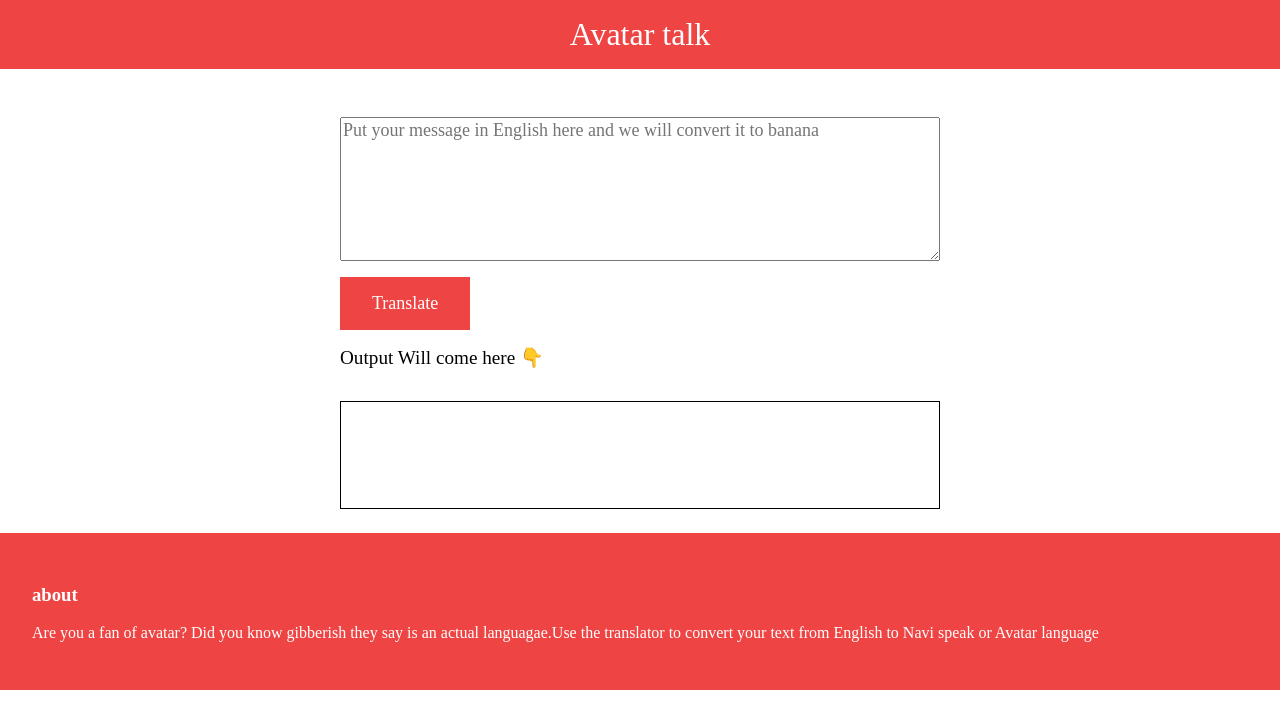
Repository: sohan2503001/Avator-speak
Page: index.html
These files come from the project's save history. The page is drawn as it stood at one moment and after the next save; the edit follows.
The browser window is 1280 px wide. The pictures show the whole page.

Above is the page before, as saved 2021-04-21 12:16:31.

After the next save:
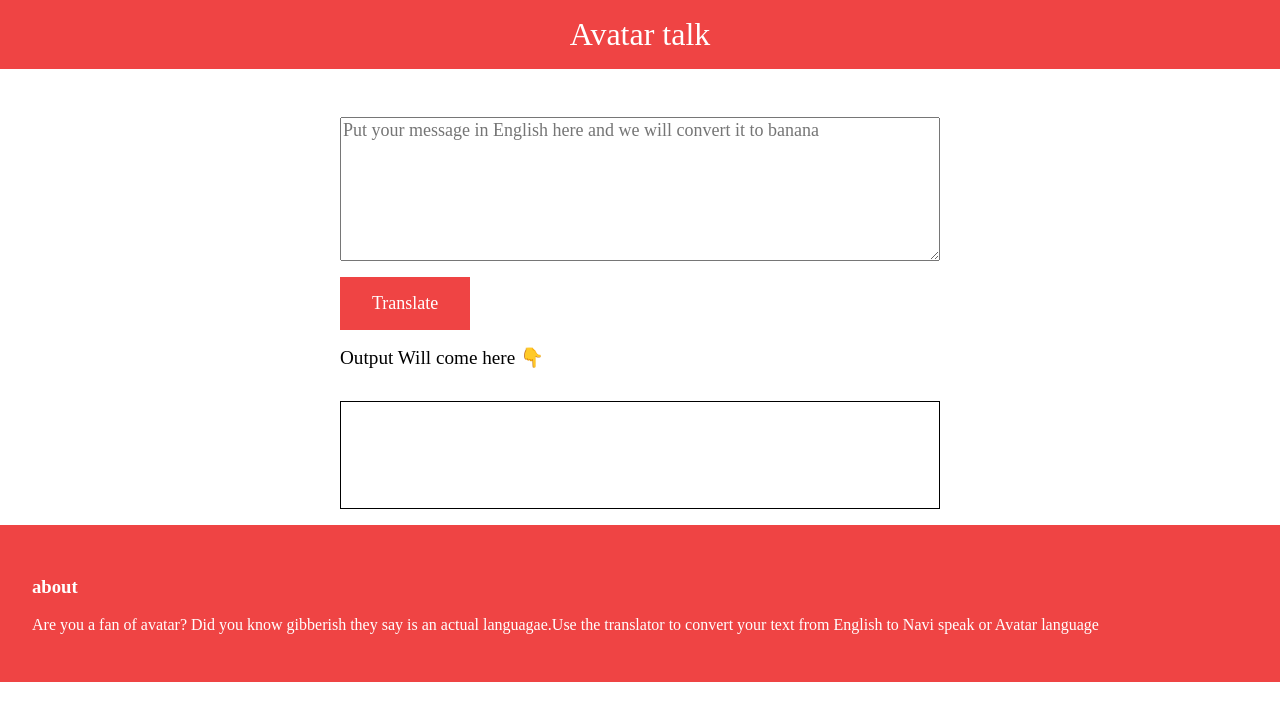
Saved 44 s later.
--- a/style.css
+++ b/style.css
@@ -56,7 +56,7 @@
     width: 100%;
     margin: auto;
     margin-top: 2rem;
-    margin-bottom: 0.5rem;
+
     padding: 1.2rem;
     font-size: large;
 }
